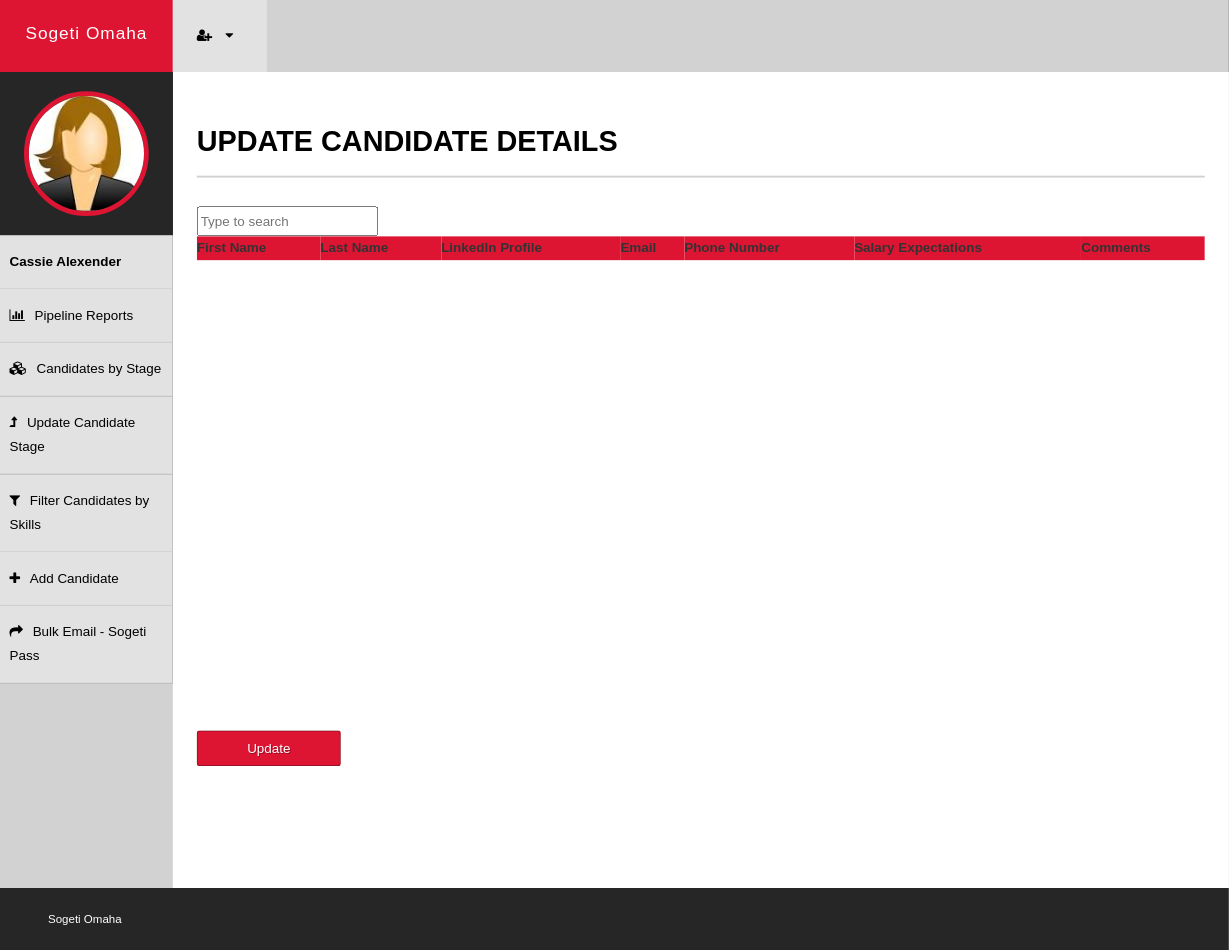
Repository: prasanana/Omaha-Sogeti-Recruiting
Page: http://localhost/Omaha_Sogeti_Recruitment/ModifyCandidateDetails.jsp
An editor plug-in stored every save of this project. The page is shown before and after the next save, followed by the edit.
The browser window is 1280 px wide. The pictures show the whole page, at 96% of full size.
Some web fonts or font styles are not loaded; a fallback is used. The page is served by Tomcat 9. Other server files are loaded and not shown.

Above is the page before, as saved 2015-03-26 18:11:40.

### OmahaSogetiRecruitingWS/Omaha_Sogeti_Recruitment/WebContent/ModifyCandidateDetails.jsp
<%@ taglib uri="http://java.sun.com/jsp/jstl/core" prefix="c" %>
<%@ taglib uri="http://java.sun.com/jsp/jstl/fmt" prefix="fmt" %>
<%@ taglib prefix="fn" uri="http://java.sun.com/jsp/jstl/functions" %>
<%@ page language="java" contentType="text/html; charset=ISO-8859-1"
    pageEncoding="ISO-8859-1"%>
<!DOCTYPE html>
<html xmlns="http://www.w3.org/1999/xhtml">
<head>
<meta http-equiv="Content-Type" content="text/html; charset=ISO-8859-1">
<title>Update Candidate Details</title>
<link href="${pageContext.request.contextPath}/stylesheets/bootstrap.css" rel="stylesheet" >
<link href="${pageContext.request.contextPath}/stylesheets/font-awesome.css" rel="stylesheet">
<link href="${pageContext.request.contextPath}/stylesheets/style.css" rel="stylesheet"/>
<link href="${pageContext.request.contextPath}/stylesheets/ModifyCandidateDetails.css" rel="stylesheet"/>
</head>
<body onload = "fnOnload()">
<div id="wrapper">
        <nav class="navbar navbar-default navbar-cls-top " role="navigation" style="margin-bottom: 0">
            <div class="navbar-header">
                <a  class="navbar-brand" href="#">Sogeti Omaha
                </a>
            </div>

            <div class="notifications-wrapper">
<ul class="nav">

                <li class="dropdown">
                    <a class="dropdown-toggle" data-toggle="dropdown" href="#">
                        <i class="fa fa-user-plus"></i>  <i class="fa fa-caret-down"></i>
                    </a>
                    <ul class="dropdown-menu dropdown-user">
                        <li><a href="#"><i class="fa fa-user-plus"></i> My Profile</a>
                        </li>
                        <li class="divider"></li>
                        <li><a href="#"><i class="fa fa-sign-out"></i> Logout</a>
                        </li>
                    </ul>
                </li>
            </ul>
            </div>
        </nav>
        <!-- /. NAV TOP  -->
        <nav  class="navbar-default navbar-side" role="navigation">
            <div class="sidebar-collapse">
                <ul class="nav" id="main-menu">
                    <li>
                        <div class="user-img-div">
                            <img src="${pageContext.request.contextPath}/images/user.jpg" class="img-circle" />


                        </div>

                    </li>
                     <li>
                        <a  href="#"> <strong> Cassie Alexender </strong></a>
                    </li>

                   <li>
                        <a   href="https://public.tableausoftware.com/profile/prasanna7470#!/vizhome/SalesMeetingRecruitingPipelineworkbook/SalesMeetingRecruitingPipeline" target="_blank">
                        <i class="fa fa-bar-chart "></i>Pipeline Reports</a>
                    </li>
                    <li>
                        <a href="${pageContext.request.contextPath}/CandidateByStage"><i class="fa fa-cubes "></i>Candidates by Stage</a>

                    </li>

                    <li>
                        <a href="${pageContext.request.contextPath}/UpdateCandidateStage"><i class="fa fa-level-up "></i>Update Candidate Stage </a>

                    </li>


                     <li>
                        <a href="${pageContext.request.contextPath}/FilterCandidates"><i class="fa fa-filter "></i>Filter Candidates by Skills</a>
                    </li>

                    <li>
                        <a href="${pageContext.request.contextPath}/AddCandidate"><i class="fa fa-plus "></i>Add Candidate</a>
                    </li>

                    <li>
                        <a href="${pageContext.request.contextPath}/SendEmail"><i class="fa fa-share "></i>Bulk Email - Sogeti Pass</a>
                    </li>

                </ul>
            </div>

        </nav>
        <!-- /. SIDEBAR MENU (navbar-side) -->
        <div id="page-wrapper" class="page-wrapper-cls">
            <div id="page-inner">

			<div class="row">
                    <div class="col-md-12">
                        <h1 class="page-head-line">Update Candidate Details </h1>
                    </div>
                </div>
                <form name = "modifyCandidateDetailsForm" class="modifyCandidateDetailsForm" action="" method="post">
				<input type="text" id="modifyCandidateDetailsSearch" placeholder="Type to search">
				<div class="modifyCandidateDetailsTableDiv">
				<table id="modifyCandidateDetailsTable">
				<thead>
				    <tr>
				      <th>First Name</th>
				      <th>Last Name</th>
				      <th>LinkedIn Profile</th>
				      <th>Email</th>
				      <th>Phone Number</th>
				      <th>Salary Expectations</th>
				      <th>Comments</th>
				    </tr>
				</thead>

				<tbody>
				<c:forEach var="candidateDetails" items="${candidateDetails}">
				<c:set var="candidateDetailseParts" value="${fn:split(candidateDetails.value, '|')}" />
				<tr class = "modifyCandidateDetailsData">
				<td><input type = "text" name = "modifyFirstName" id = "modifyFirstName" value = "${candidateDetailseParts[0]}"/></td>
      			<td><input type = "text" name = "modifyLastName" id = "modifyLastName" value = "${candidateDetailseParts[1]}"/></td>
      			<td><input type = "text" name = "modifyLinkedIn" id = "modifyLinkedIn" value = "${candidateDetailseParts[2]}"/></td>
      			<td><input type = "text" name = "modifyEmail" id = "modifyEmail" value = "${candidateDetailseParts[3]}"/></td>
      			<td><input type = "text" name = "modifyPhone" id = "modifyPhone" value = "${candidateDetailseParts[4]}"/></td>
      			<td><input type = "text" name = "modifySalary" id = "modifySalary" value = "${candidateDetailseParts[5]}"/></td>
      			<td><textarea rows="4" cols="4" name = "modifyComments" id = "modifyComments">${candidateDetailseParts[6]}</textarea></td>
				</tr>
				</c:forEach>
				</tbody>

				</table>
				</div>
				<input type = "submit" value = "Update" />
				<input type = "hidden" id = "updatedComments" name = "updatedComments" value="nothing" />
				<input type = "hidden" id = "updatedStages" name = "updatedStages" value="nothing" />
				</form>

            </div>
            <!-- /. PAGE INNER  -->
        </div>
        <!-- /. PAGE WRAPPER  -->
    </div>
    <!-- /. WRAPPER  -->
    <footer >
        Sogeti Omaha
    </footer>
    <!-- /. FOOTER  -->
    <!-- SCRIPTS -AT THE BOTOM TO REDUCE THE LOAD TIME-->
<script src="${pageContext.request.contextPath}/javascript/jquery-2.1.3.min.js"></script>
<script src="${pageContext.request.contextPath}/javascript/bootstrap.js"></script>
<script src="${pageContext.request.contextPath}/javascript/jquery.metisMenu.js"></script>
<script src="${pageContext.request.contextPath}/javascript/custom.js"></script>
<script src="${pageContext.request.contextPath}/javascript/ModifyCandidateDetails.js"></script>
</body>
</html>

### OmahaSogetiRecruitingWS/Omaha_Sogeti_Recruitment/WebContent/stylesheets/style.css

/*=============================================================
    Authour URL: www.designbootstrap.com

    http://www.designbootstrap.com/

    License: MIT

    http://opensource.org/licenses/MIT

    100% Free To use For Personal And Commercial Use.

    IN EXCHANGE JUST TELL PEOPLE ABOUT THIS WEBSITE

========================================================  */



/*==============================================
    GENERAL  STYLES
 =============================================*/

@import url(http://fonts.googleapis.com/css?family=Raleway);

body {
   font-family: 'Raleway', sans-serif;
    line-height:25px;
    font-size:14px;
}

#wrapper {
    width: 100%;
    background: #d2d2d2;
}

#page-wrapper {
    padding: 15px 15px;
    min-height: 800px;
    background: #fff;
}

#page-inner {
    width: 100%;
    margin: 10px 20px 10px 0px;
    background-color: #fff!important;
    padding: 10px;
    min-height: 800px;
}

.page-head-line {
    font-size: 30px;
    text-transform: uppercase;
    color: #000;
    font-weight: 800;
    padding-bottom: 20px;
    border-bottom: 2px solid #d2d2d2;
    margin-bottom: 30px;
}

.btn {
    border-radius:0px!important;
    -moz-border-radius:0px!important;
    -webkit-border-radius:0px!important;
}

.progress {
    height: 5px;
}
.nav-pills > li.active > a, .nav-pills > li.active > a:hover, .nav-pills > li.active > a:focus {
    color: #A3A3A3!important;
}


/*==============================================
    MENU STYLES
 =============================================*/


.navbar-cls-top .navbar-brand {
    color: #fff;
    background: #DD1533;
    width: 180px;
    text-align: center;
    height: 75px;
    font-size: 18px;
    letter-spacing: 1px;
    padding-top: 25px;
}
.navbar-cls-top .navbar-brand:hover {
    background: #DD1533;
    color: #fff;
}
.header-right {
    color: #fff;
    padding: 15px 50px 5px 50px;
    float: right;
    font-size: 16px;
}
.user-img-div {
    min-height: 130px;
    padding: 20px;
    background-color: #262626;
    text-align:center;
}

    .user-img-div img {
        height: 130px;
        border: 5px solid #DD1533;
    }


.active-menu {
    background-color: #fff!important;
    border-left: 5px solid #DD1533;
}
.active-menu-top {
    background-color: #000!important;
}

.arrow {
    float: right;
}

.fa.arrow:before {
    content: "\f104";
}

.active > a > .fa.arrow:before {
    content: "\f107";
}


.nav-second-level li,
.nav-third-level li {
    border-bottom: none !important;
}

    .nav-second-level li a {
        padding-left: 37px;
    }

    .nav-third-level li a {
        padding-left: 55px;
    }

.sidebar-collapse, .sidebar-collapse .nav {
    background: none;
}

    .sidebar-collapse .nav {
        padding: 0;
    }

        .sidebar-collapse .nav > li > a {
           color: #000;
background: #E2E2E2;
text-shadow: none;
border-bottom: 1px solid #D2D2D2;
        }

    .sidebar-collapse > .nav > li > a {
        padding: 15px 10px;
    }

    .sidebar-collapse .nav > li > a:hover,
    .sidebar-collapse .nav > li > a:focus {
        background: #D2D2D2;
        outline: 0;
    }



.nav-second-level > li:last-child > a:after,
.nav-third-level > li:last-child > a:after {
    height: 50%;
}

.nav-third-level > li > a:after,
.nav-third-level > li > a:before {
    left: 40px;
}

.navbar-side {
    border: none;
    background-color: #202020;
}

.navbar-cls-top {
    background: #262626;
    border-bottom: none;
}


.navbar-default {
    border: 0px solid black;
}

.navbar-header {
    background: #000000;
}

.navbar-default .navbar-toggle:hover, .navbar-default .navbar-toggle:focus {
    background-color: #DD1533;
}

.navbar-default .navbar-toggle {
    border-color: #fff;
}

    .navbar-default .navbar-toggle .icon-bar {
        background-color: #FFF;

    }

.nav > li > a > i {
    margin-right: 10px;
}

/*==============================================
    NOTIFICATION  STYLES
 =============================================*/
.notifications-wrapper {
margin-left:3px;
}

.notifications-wrapper .nav {
    background-color: #D2d2d2;
}
.notifications-wrapper li {
display: inline-block;
}


.notifications-wrapper li a {
padding: 25px;
min-height: 50px;
}



.notifications-wrapper .dropdown-tasks {
width: 250px;
min-width: 0;
}


.notifications-wrapper .dropdown-menu li {
display: block;
}

.notifications-wrapper .dropdown-menu li a {
padding: 3px 20px;
min-height: 0;
}
.notifications-wrapper .nav > li > a {
    background-color: #E2E2E2;
    color:#000;
}
.notifications-wrapper .nav > li > a:hover, .nav > li > a:focus {
text-decoration: none;
background-color: #FFF!important;
    color:#DD1533;

}
.notifications-wrapper .dropdown-menu {
    margin:0px;
     border-radius:0px!important;
    -moz-border-radius:0px!important;
    -webkit-border-radius:0px!important;
}

/*==============================================
    FOOTER  STYLES
 =============================================*/
footer {
    background-color:#262626;
    padding:20px 50px;
    color:#fff;
    font-size:12px;
}

    footer a {
        color:#fff;
    }
   footer a:hover, footer a:focus {
        color:#fff;
        text-decoration:none;
    }

/*===============================================================================================
    DASHBOARD STYLES
 ===============================================================================================*/

.style-box-one {
    text-align: center;
    padding: 20px;
     margin-bottom: 40px;
    border-left: 10px solid #262626;
}

    .style-box-one a, .style-box-one a:hover {
        color: #fff;
        text-decoration: none;
    }

    .style-box-one span {
        font-size: 50px;
        padding-bottom: 10px;
    }

.Style-one-clr-one {
    background-color: #d96614;
}

.Style-one-clr-two {
    background-color: #2bbeb5;
}

.Style-one-clr-three {
    background-color: #e83dab;
}

.Style-one-clr-four {
    background-color: #adab36;
}

.current-notices ul {
    padding-left:20px;
    list-style:decimal-leading-zero;
    line-height:30px;
}

/*==============================================
    MEDIA QUERIES
  =============================================*/

@media (min-width:768px) {
    .page-wrapper-cls {
        margin: 0 0 0 180px;
    }


    .navbar-side {
        z-index: 1;
        position: absolute;
        width: 180px;
    }

    .navbar {
        border-radius: 0px;
    }
}
@media (min-width:280px) and (max-width:767px ){
    #menuClose {
        visibility:hidden;
    }
}

### OmahaSogetiRecruitingWS/Omaha_Sogeti_Recruitment/WebContent/stylesheets/ModifyCandidateDetails.css
table {
  background-color: white;
  width: 100%;
}

.modifyCandidateDetailsTableDiv {
	height:500px;
	overflow-y:scroll;
	}

tbody td {
  background-color: white;
}
thead th{
  background-color: #dd1533;
}

.modifyCandidateDetailsForm input[type=submit] {
    border: 1px solid rgba(0, 0, 0, 0.3);
    background: #dd1533; /* Old browsers */
    background: -moz-linear-gradient(top,  #dd1533 0%, #dd1533 100%); /* FF3.6+ */
    background: -webkit-gradient(linear, left top, left bottombottom, color-stop(0%,#dd1533), color-stop(100%,#dd1533)); /* Chrome,Safari4+ */
    background: -webkit-linear-gradient(top,  #dd1533 0%,#dd1533 100%); /* Chrome10+,Safari5.1+ */
    background: -o-linear-gradient(top,  #dd1533 0%,#dd1533 100%); /* Opera 11.10+ */
    background: -ms-linear-gradient(top,  #dd1533 0%,#dd1533 100%); /* IE10+ */
    background: linear-gradient(to bottombottom,  #dd1533 0%,#dd1533 100%); /* W3C */
    filter: progid:DXImageTransform.Microsoft.gradient( startColorstr='#dd1533', endColorstr='#dd1533',GradientType=0 ); /* IE6-9 */
    color: #fff;
    padding: 5px 15px;
    margin-right: 0;
    margin-top: 15px;
    border-radius: 3px;
    text-shadow: 1px 1px 0px rgba(0, 0, 0, 0.3);
    width:150px;
}

th.sortable {
    color: white;
    cursor: pointer;
    text-decoration: underline;
}

### OmahaSogetiRecruitingWS/Omaha_Sogeti_Recruitment/WebContent/javascript/custom.js
/*=============================================================
    Authour URL: www.designbootstrap.com

    http://www.designbootstrap.com/

    License: MIT

    http://opensource.org/licenses/MIT

    100% Free To use For Personal And Commercial Use.

    IN EXCHANGE JUST TELL PEOPLE ABOUT THIS WEBSITE

========================================================  */

$(document).ready(function () {

    /*====================================
           METIS MENU
     ======================================*/

    $('#main-menu').metisMenu();

    /*======================================
    LOAD APPROPRIATE MENU BAR ON SIZE SCREEN
    ========================================*/

    $(window).bind("load resize", function () {
        if ($(this).width() < 768) {
            $('div.sidebar-collapse').addClass('collapse')
        } else {
            $('div.sidebar-collapse').removeClass('collapse')
        }
    });
    /*======================================
   WRITE YOUR SCRIPTS BELOW
   ========================================*/



});

### OmahaSogetiRecruitingWS/Omaha_Sogeti_Recruitment/WebContent/javascript/ModifyCandidateDetails.js
function fnOnload(){
	//zebraRows('tbody tr:odd td', 'odd');
	searchRows();
}
function zebraRows(selector, className)
{
  $(selector).removeClass(className).addClass(className);
}

function searchRows(){
	var $rows = $('.modifyCandidateDetailsData');
	$('#modifyCandidateDetailsSearch').keyup(function() {
	    var val = $.trim($(this).val()).replace(/ +/g, ' ').toLowerCase();

	    $rows.show().filter(function() {
	        var text = $(this).text().replace(/\s+/g, ' ').toLowerCase();
	        return !~text.indexOf(val);
	    }).hide();
	});
}

Loaded but not shown: OmahaSogetiRecruitingWS/Omaha_Sogeti_Recruitment/WebContent/stylesheets/bootstrap.css (library); OmahaSogetiRecruitingWS/Omaha_Sogeti_Recruitment/WebContent/stylesheets/font-awesome.css (library); OmahaSogetiRecruitingWS/Omaha_Sogeti_Recruitment/WebContent/javascript/jquery-2.1.3.min.js (library); OmahaSogetiRecruitingWS/Omaha_Sogeti_Recruitment/WebContent/javascript/bootstrap.js (library); OmahaSogetiRecruitingWS/Omaha_Sogeti_Recruitment/WebContent/javascript/jquery.metisMenu.js (common file)

After the next save:
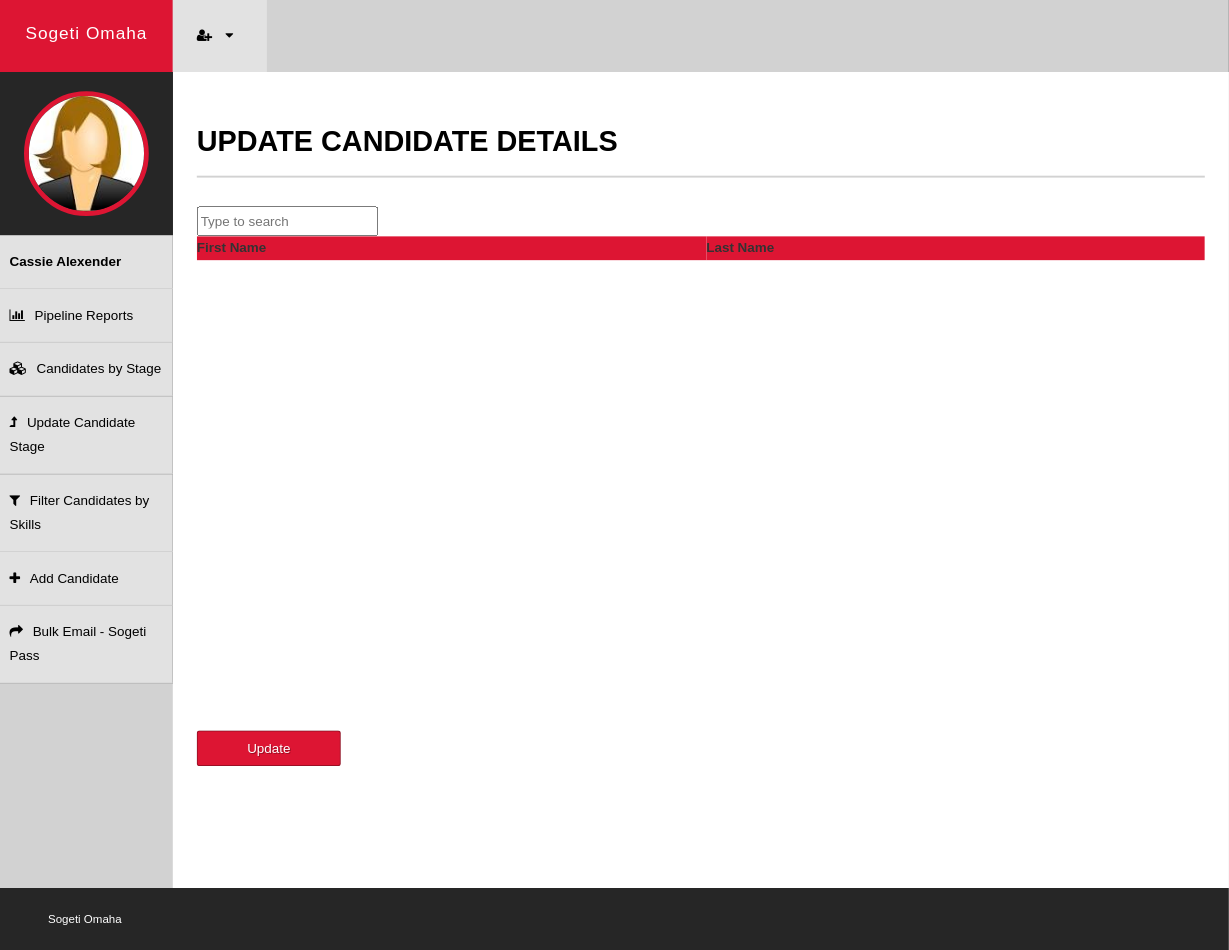
Saved 2 min 1 s later.
--- a/OmahaSogetiRecruitingWS/Omaha_Sogeti_Recruitment/WebContent/ModifyCandidateDetails.jsp
+++ b/OmahaSogetiRecruitingWS/Omaha_Sogeti_Recruitment/WebContent/ModifyCandidateDetails.jsp
@@ -103,11 +103,6 @@
 				    <tr>
 				      <th>First Name</th>
 				      <th>Last Name</th>
-				      <th>LinkedIn Profile</th>
-				      <th>Email</th>
-				      <th>Phone Number</th>
-				      <th>Salary Expectations</th>
-				      <th>Comments</th>
 				    </tr>
 				</thead>
 
